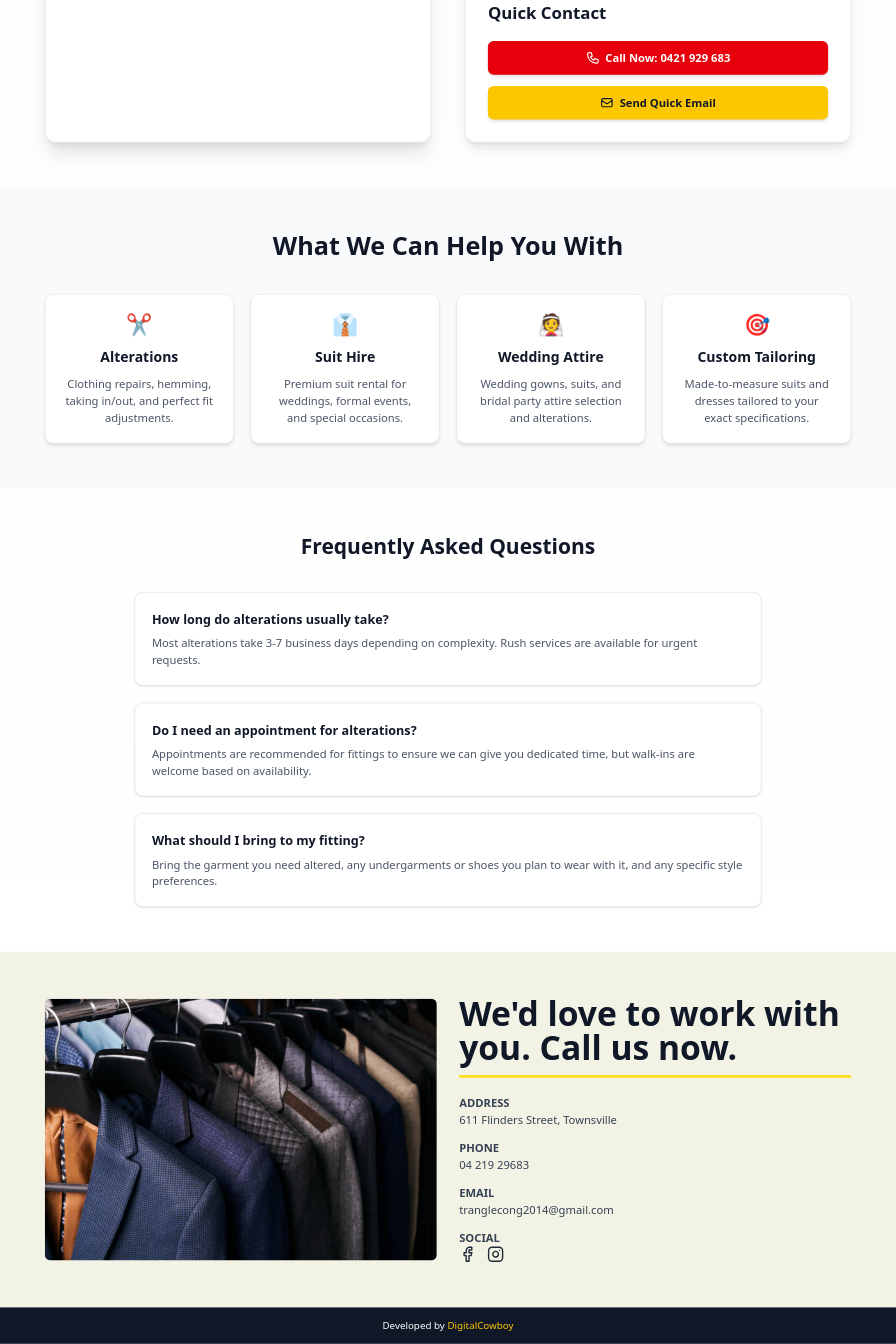
Repository: tarekhasan1/townsville-alteration
Page: /contact
An editor plug-in stored every save of this project. The page is shown before and after the next save, followed by the edit.
The browser window is 1280 px wide. The pictures show the part of the page from y = 1294 to 3214 px (the page is 3214 px tall before and 2552 px after), at 70% of full size.
The project was rebuilt for these pictures with package versions that can differ from the ones it lists, and the page was loaded fresh each time. The framework's server and built-in components were replaced by stand-ins that run in the browser. Also part of the build but not shown: next.config.ts.

Above is the page before, as saved 2026-01-21 06:08:11.

After the next save:
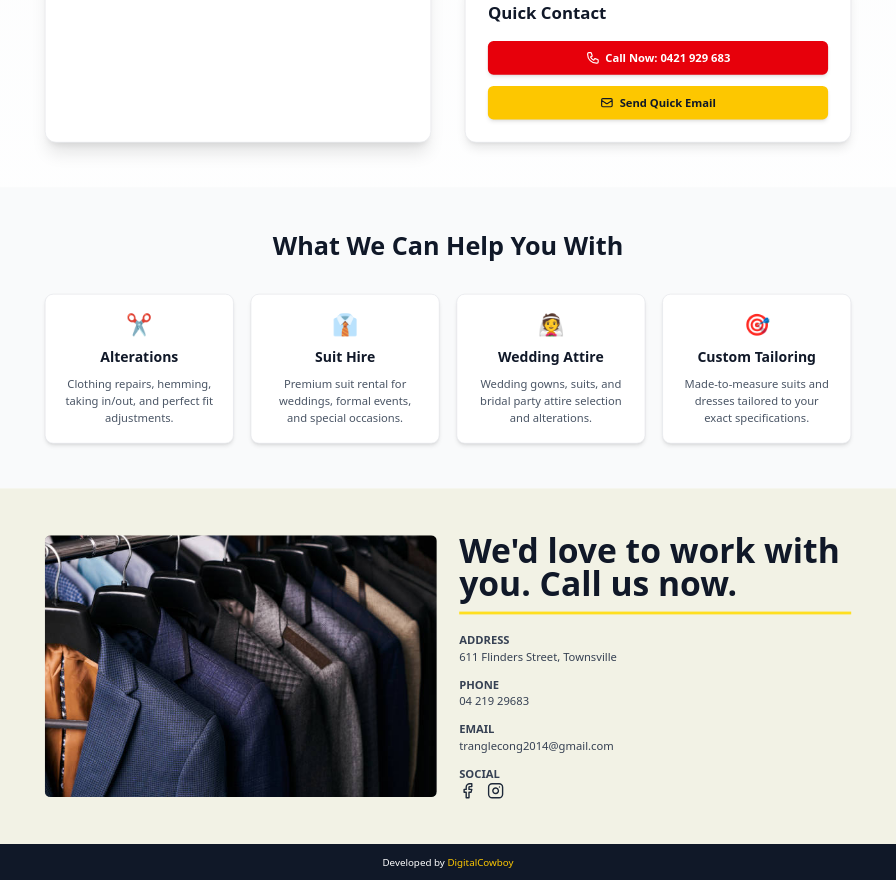
Saved 4 min 12 s later.
--- a/src/app/contact/page.tsx
+++ b/src/app/contact/page.tsx
@@ -237,44 +237,6 @@ export default function ContactPage() {
           </div>
         </div>
       </section>
-
-      {/* FAQ Section */}
-      <section className="py-16 px-4 md:px-6">
-        <div className="max-w-4xl mx-auto">
-          <h2 className="text-3xl font-bold text-center text-gray-900 mb-12">
-            Frequently Asked Questions
-          </h2>
-
-          <div className="space-y-6">
-            <div className="bg-white p-6 rounded-xl shadow-sm border border-gray-200">
-              <h3 className="text-lg font-bold text-gray-900 mb-2">
-                How long do alterations usually take?
-              </h3>
-              <p className="text-gray-600">
-                Most alterations take 3-7 business days depending on complexity. Rush services are available for urgent requests.
-              </p>
-            </div>
-
-            <div className="bg-white p-6 rounded-xl shadow-sm border border-gray-200">
-              <h3 className="text-lg font-bold text-gray-900 mb-2">
-                Do I need an appointment for alterations?
-              </h3>
-              <p className="text-gray-600">
-                Appointments are recommended for fittings to ensure we can give you dedicated time, but walk-ins are welcome based on availability.
-              </p>
-            </div>
-
-            <div className="bg-white p-6 rounded-xl shadow-sm border border-gray-200">
-              <h3 className="text-lg font-bold text-gray-900 mb-2">
-                What should I bring to my fitting?
-              </h3>
-              <p className="text-gray-600">
-                Bring the garment you need altered, any undergarments or shoes you plan to wear with it, and any specific style preferences.
-              </p>
-            </div>
-          </div>
-        </div>
-      </section>
     </main>
   );
 }
